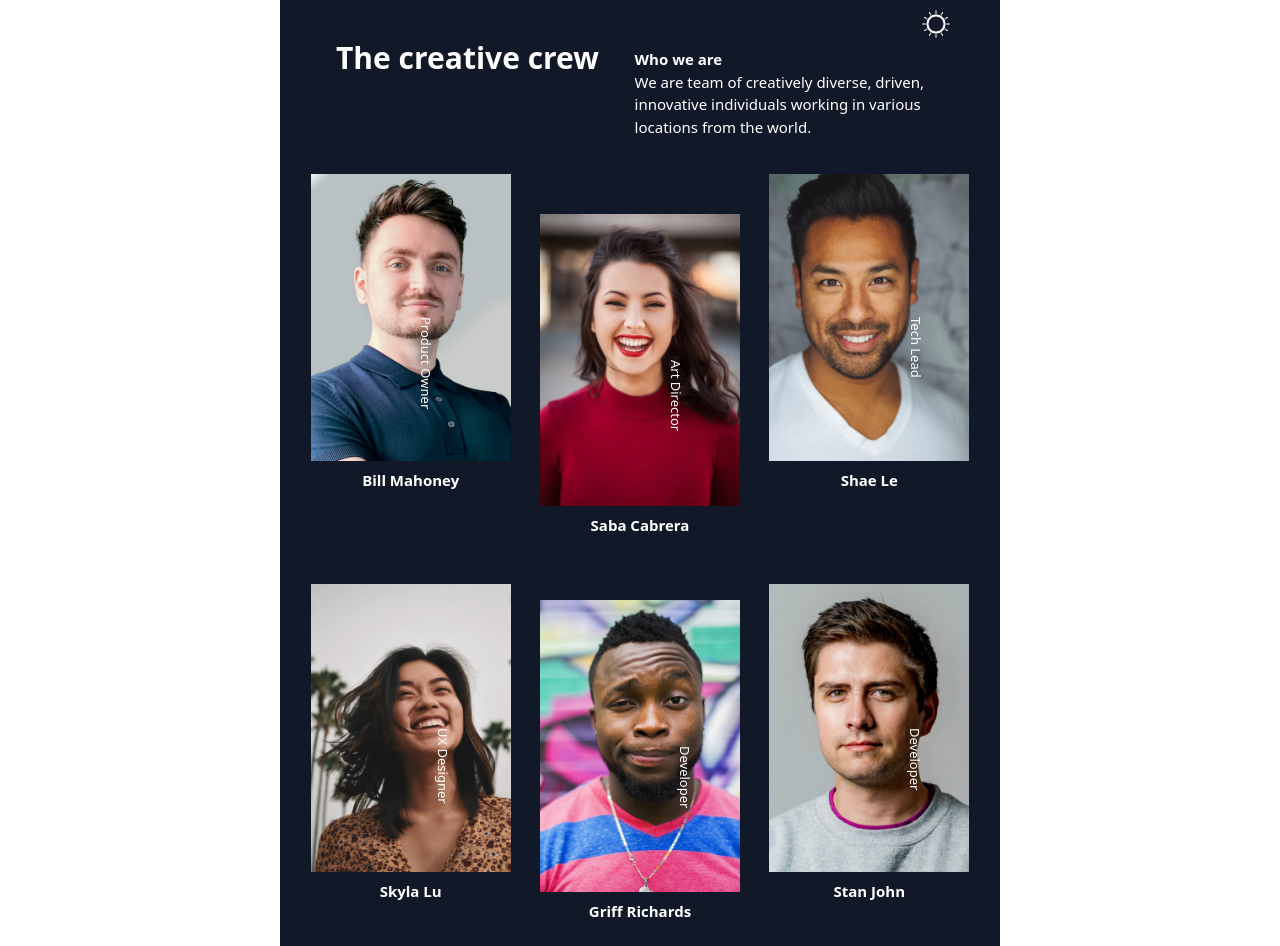
Repository: Alzate1075/Funval-G3-N2
Page: /
The author's editor kept a copy of each file at every save. The page is drawn from the files as they stood at one save, then again after the next save.
The browser window is 1280 px wide. The pictures show the whole page.
The project was rebuilt for these pictures with package versions that can differ from the ones it lists, and the page was loaded fresh each time. Also part of the build but not shown: vite.config.js.

Above is the page before, as saved 2025-07-03 11:09:35.

### index.html
<!DOCTYPE html>
<html lang="en">
  <head>
    <meta charset="UTF-8" />
    <link rel="icon" type="image/svg+xml" href="/vite.svg" />
    <meta name="viewport" content="width=device-width, initial-scale=1.0" />
    <link rel="stylesheet" href="./src/index.css" />
    <title>Vite + React</title>
  </head>
  <body>
    <div id="root"></div>
    <script type="module" src="/src/main.jsx"></script>
  </body>
</html>

### src/App.jsx
import React from "react";
import { TeamCard } from "./components/TeamCard";
import miArray from "./components/ArrayTeams";

function App() {
  return (
    <div className="md:bg-[#111827] p-2 md:mx-70">
      <div className="flex justify-end mr-10">
        <img src="/images/sol.png" alt="sol" className="w-8 hidden md:block" />
      </div>
      <div className="flex justify-end">
        <img src="/images/luna.png" alt="luna" className="w-8 md:hidden" />
      </div>
      <div className="md:text-white text-black text-center md:flex md:justify-between md:mx-12">
        <h1 className="text-3xl font-bold">The creative crew</h1>
        <p className="text-[15px] mt-2 max-w-md md:text-md text-wrap text-left m-5">
          <b>Who we are</b>
          <br />
          We are team of creatively diverse, driven, <br /> innovative
          individuals working in various <br /> locations from the world.
        </p>
      </div>

      <div className="md:bg-[#111827] grid grid-cols-2 md:grid-cols-3 gap-x-4 gap-y-6 p-4">
        {miArray.map((persona, index) => (
          <TeamCard
            key={index}
            name={persona.name}
            role={persona.role}
            image={persona.image}
            extraClass={`${index % 2 === 1 ? "mt-6" : ""} ${
              index % 3 === 1 ? "md:mt-10" : ""
            }`}
          />
        ))}
      </div>
    </div>
  );
}

export default App;

### src/components/TeamCard.jsx
import React from "react";
export function TeamCard(props) {
  return (
    <div className={`${props.extraClass}`}>
      <div className="text-black md:text-white md:flex md:items-center md:justify-center gap-2 relative">
        <img src={props.image} alt={props.name} className="md:w-[200px] w-20" />
        <span className="absolute right-0 top-1/2 -translate-y-1/2 rotate-90 origin-left text-[10px] md:text-[13px]">
          {props.role}
        </span>
      </div>
      <div className="md:text-white text-center mt-2 justify-start">
        <h3 className="font-semibold text-[12px] md:text-[15px]">
          {props.name}
        </h3>
      </div>
    </div>
  );
}

### src/components/ArrayTeams.jsx
import React from "react";
const miArray = [
  {
    name: "Bill Mahoney",
    role: "Product Owner",
    image: "/images/photo1.png",
  },
  {
    name: "Saba Cabrera",
    role: "Art Director",
    image: "/images/photo2.png",
  },
  {
    name: "Shae Le",
    role: "Tech Lead",
    image: "/images/photo3.png",
  },
  {
    name: "Skyla Lu",
    role: "UX Designer",
    image: "/images/photo4.png",
  },
  {
    name: "Griff Richards",
    role: "Developer",
    image: "/images/photo5.png",
  },
  {
    name: "Stan John",
    role: "Developer",
    image: "/images/photo6.png",
  },
];

export default miArray;

Loaded but not shown: src/index.css (common file); src/main.jsx (common file)

After the next save:
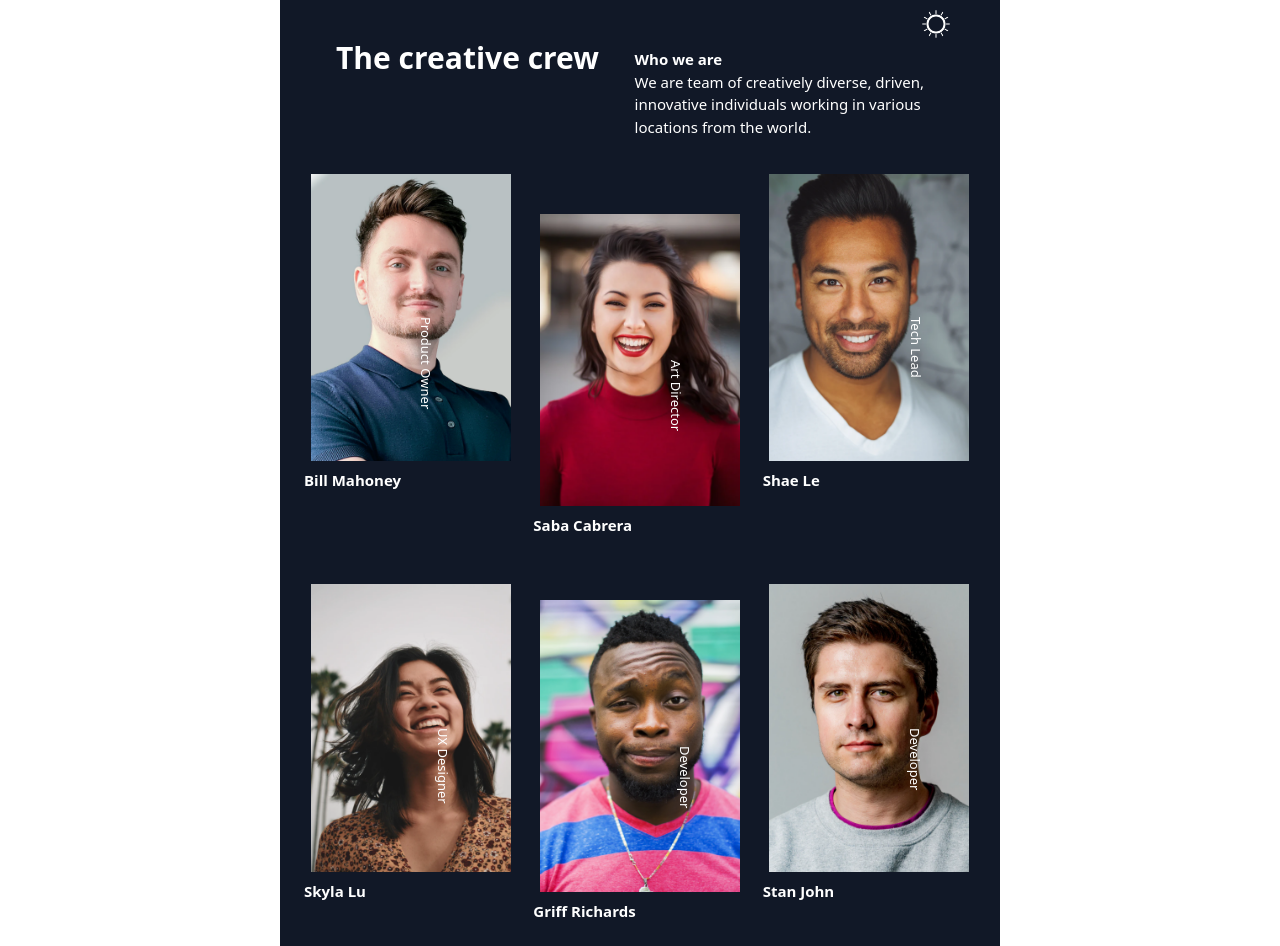
Saved 7 s later.
--- a/src/components/TeamCard.jsx
+++ b/src/components/TeamCard.jsx
@@ -8,7 +8,7 @@ export function TeamCard(props) {
           {props.role}
         </span>
       </div>
-      <div className="md:text-white text-center mt-2 justify-start">
+      <div className="md:text-white text-center mt-2 flex justify-start">
         <h3 className="font-semibold text-[12px] md:text-[15px]">
           {props.name}
         </h3>
